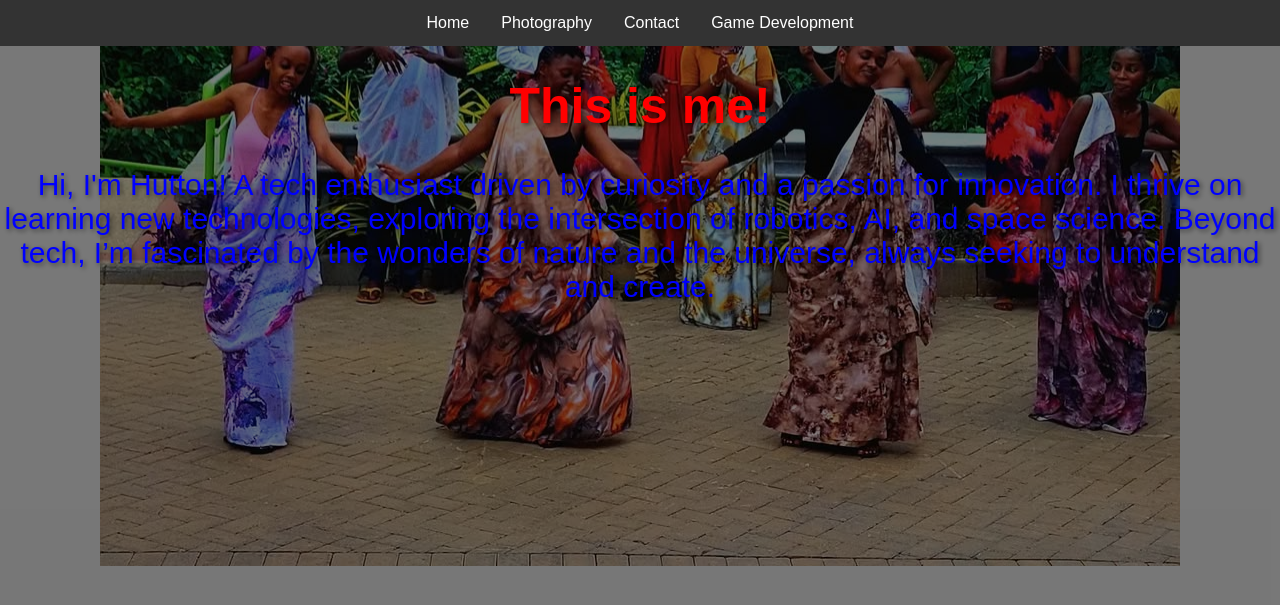
Repository: Argivist/ArgPortfolio
Page: index.html
An editor plug-in stored every save of this project. The page is shown before and after the next save, followed by the edit.
The browser window is 1280 px wide. The pictures show the whole page.

Above is the page before, as saved 2025-03-28 15:52:55.

After the next save:
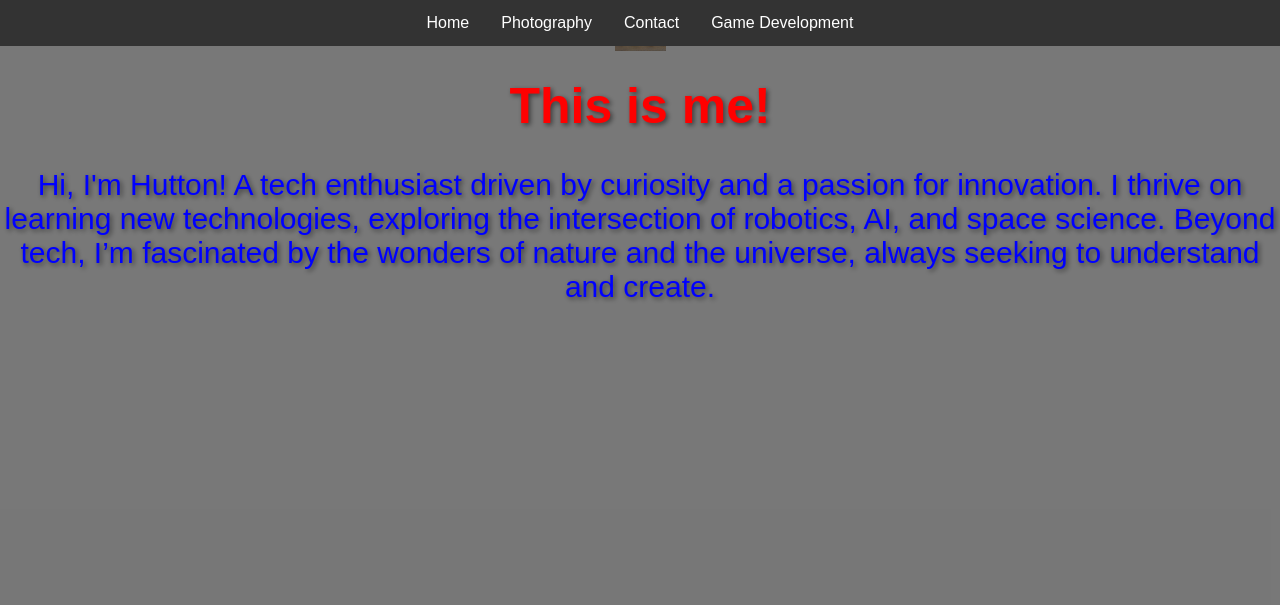
Saved 22 s later.
--- a/css/home.css
+++ b/css/home.css
@@ -15,7 +15,7 @@ p {
 
 body {
     background-image:url('../img/home.jpeg');
-    background-size:fit;        /* Ensures the image covers the whole screen */
+    background-size:contain;        /* Ensures the image covers the whole screen */
     background-repeat: no-repeat;  /* Prevents tiling */
     background-position: center;   /* Centers the image */
 }
